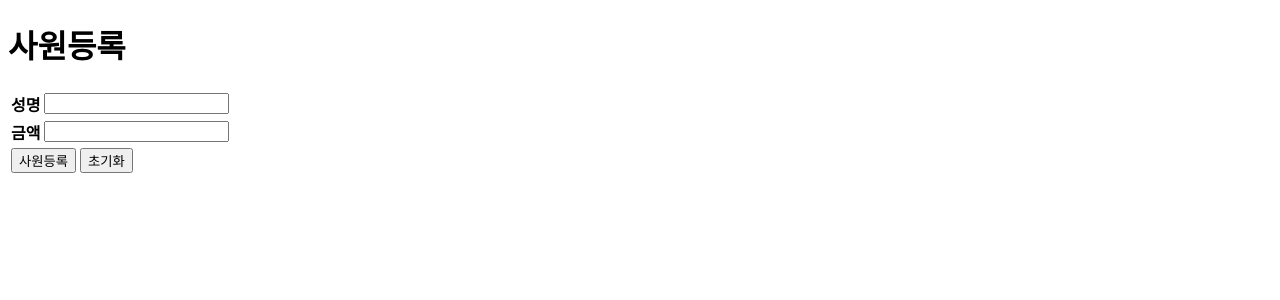
Repository: SeYoung1012/Bitcamp
Page: http://localhost/04_JDBC/guest/addForm.jsp
These files come from the project's save history. The page is drawn as it stood at one moment and after the next save; the edit follows.
The browser window is 1280 px wide. The pictures show the whole page.
The page is served by Tomcat 9.

Above is the page before, as saved 2021-09-28 03:55:33.

After the next save:
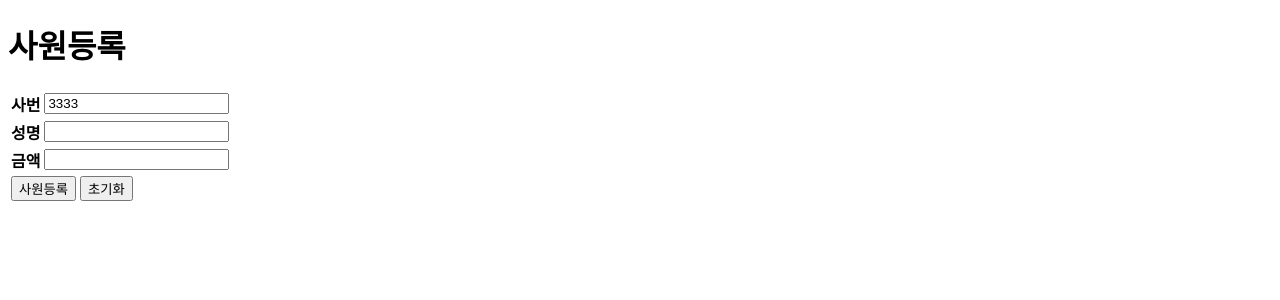
Saved 113 s later.
--- a/60_web/04_JDBC/WebContent/guest/addForm.jsp
+++ b/60_web/04_JDBC/WebContent/guest/addForm.jsp
@@ -1,5 +1,8 @@
 <%@ page language="java" contentType="text/html; charset=UTF-8"
     pageEncoding="UTF-8"%>
+
+
+
 <!DOCTYPE html>
 <html>
 <head>
@@ -10,6 +13,13 @@
 	<h1> 사원등록</h1>
 	<form action="insert.jsp">
 		<table>
+			<tr>
+				<th> 사번</th>
+				<td>
+					<input type = "text" name = "sabun" value = "3333">
+				</td>
+			</tr>
+
 			<tr>
 				<th> 성명</th>
 				<td>
